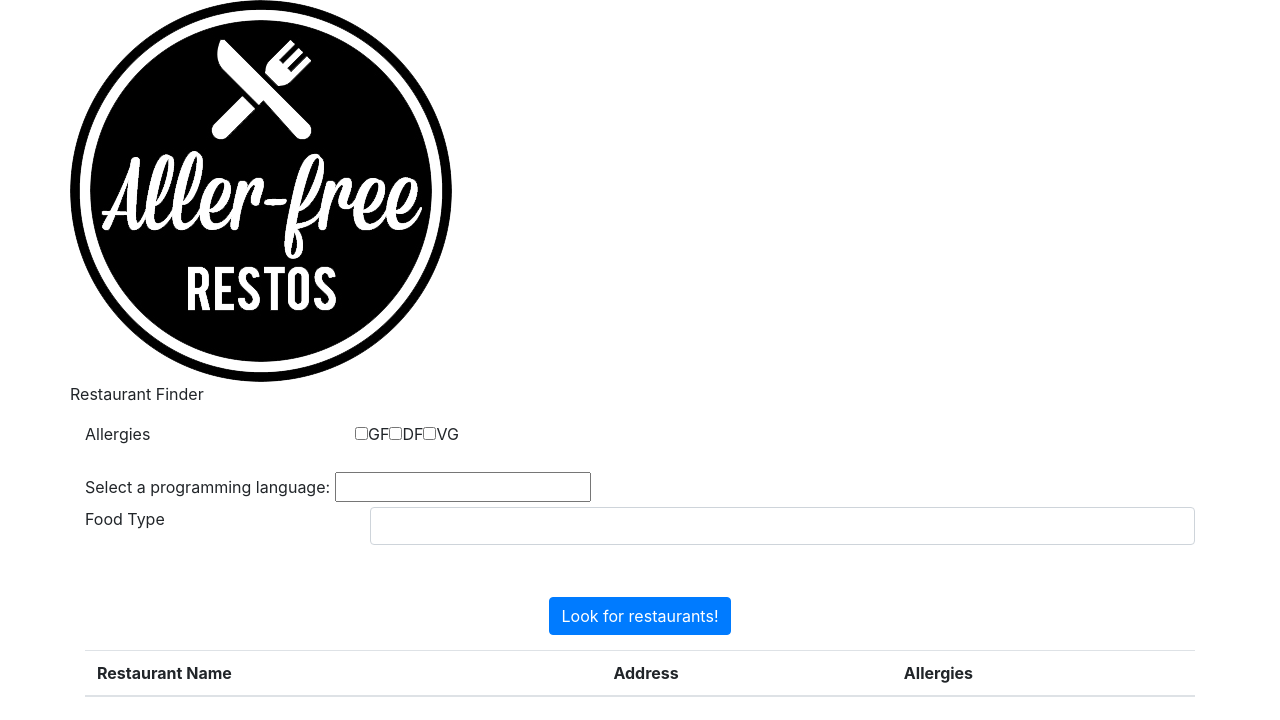
Repository: KobeRox/Loremips
Page: index.html
These files come from the project's save history. The page is drawn as it stood at one moment and after the next save; the edit follows.
The browser window is 1280 px wide. The pictures show the whole page.
Some web libraries are served in a nearby version.

Above is the page before, as saved 2019-09-08 16:25:51.
Console error: TypeError: Cannot read properties of undefined (reading 'fn')

### index.html
<html>

<head>
    <link rel="stylesheet" src="style.css">
    <link rel="stylesheet" href="https://stackpath.bootstrapcdn.com/bootstrap/4.3.1/css/bootstrap.min.css"
        integrity="sha384-ggOyR0iXCbMQv3Xipma34MD+dH/1fQ784/j6cY/iJTQUOhcWr7x9JvoRxT2MZw1T" crossorigin="anonymous">
    <script src="https://stackpath.bootstrapcdn.com/bootstrap/4.3.1/js/bootstrap.min.js"
        integrity="sha384-JjSmVgyd0p3pXB1rRibZUAYoIIy6OrQ6VrjIEaFf/nJGzIxFDsf4x0xIM+B07jRM"
        crossorigin="anonymous"></script>
    <script src="https://ajax.googleapis.com/ajax/libs/jquery/3.4.1/jquery.min.js"></script>
    <script src="https://code.jquery.com/ui/1.12.1/jquery-ui.min.js"></script>
    <script src="zomato_cuisines.js"></script>
    <script src="zomato_restaurants.js"></script>
    <script src="contractResponse.js"></script>
    <script src="convertDataToHtml.js"></script>
    <script type="text/javascript" charset="utf-8">

        $(document).ready(function () {
            $("#searchbar").autocomplete({
                minLength: 0,
                source: get_cuisineList(),
                focus: function (event, ui) {
                    $("#searchbar").val(ui.item.label);
                    return false;
                },
                select: function (event, ui) {
                    $("#searchbar").val(ui.item.label);
                    return false;
                }
            })

            $("#clicking").click(function () {
                var search = $('#searchbar').val();
                console.log(search)
                var c_list = get_cuisineList();
                console.log(c_list);
                var c_id = get_cuisineId(search);
                console.log(c_id);
                get_restaurants(c_id, function (data) {
                    console.log(data);
                    convertDataToHtml(data);
                });
            });
        });
    </script>
</head>

<body>
    <div class="container">
        <div class="panel-heading">
            <div class="row">
				<div class="col-xs-12">
					<img src="allerfreerestos_logo.png">
				</div>
            </div>
        </div>
        <div class="panel-body">

            <div class="row" style="text-align: center;">
                <p>Restaurant Finder</p>
            </div>
            <div class="row" style="margin-bottom: 10px;">
                <div class="col-xs-3 col-md-3">
                    <p>Allergies</p>
                </div>
                <div class=" col-xs-3 checkbox" style="margin-top: 0px !important">
                    <label>
                        <input type="checkbox" value="apple">GF
                    </label>
                </div>
                <div class=" col-xs-3 checkbox">
                    <label>
                        <input type="checkbox" value="pear">DF
                    </label>
                </div>
                <div class=" col-xs-3 checkbox">
                    <label>
                        <input type="checkbox" value="orange">VG
                    </label>
                </div>
                <!-- </div> -->
            </div>

            <label for="autocomplete">Select a programming language: </label>
                <input id="autocomplete">

                <script>
                $( "#autocomplete" ).autocomplete({
                source: [ "c++", "java", "php", "coldfusion", "javascript", "asp", "ruby" ]
                });
                </script>


            <div class="row" style="margin-bottom: 50px;">
                <div class="col-xs-3 col-md-3">
                    <p>Food Type</p>
                </div>




                <div class="col-xs-9 col-md-9">
                    <input type="text" class="form-control" id='searchbar'>
                </div>





            </div>
            <div class="row" style="text-align: center;">
                <div class="col-xs-12 col-md-12">
                    <button type="button" class="btn btn-primary" style="margin-bottom: 15px;" id="clicking">Look
                        for restaurants!</button>
                </div>
            </div>
        </div>

        <div class="row">
            <div class="col-xs-12 col-md-12">
                <table class="table">
                    <thead>
                        <tr>
                            <th scope="col">Restaurant Name</th>
                            <th scope="col">Address</th>
                            <th scope="col">Allergies</th>
                        </tr>
                    <tbody id="restoResults">

                    </tbody>
                    </thead>
                </table>
            </div>


        </div>
        <!-- <div class="panel-footer"></div> -->
    </div>
</body>

</html>

### zomato_cuisines.js
function get_cuisineId(name){

	for(var i=0; i<list_cuisine.length; i++){
		if (list_cuisine[i]["cuisine"]["cuisine_name"] == name)
			return list_cuisine[i]["cuisine"]["cuisine_id"];
	}
}

function get_cuisineList(){
	var cuisine_names= [];
	for(var i=0; i<6; i++){
		cuisine_names.push(list_cuisine[i]["cuisine"]["cuisine_name"]);
	}
	return cuisine_names;
}
var  list_cuisine = [
        {
            "cuisine": {
                "cuisine_id": 6,
                "cuisine_name": "Afghani"
            }
        },
        {
            "cuisine": {
                "cuisine_id": 152,
                "cuisine_name": "African"
            }
        },
        {
            "cuisine": {
                "cuisine_id": 1,
                "cuisine_name": "American"
            }
        },
        {
            "cuisine": {
                "cuisine_id": 4,
                "cuisine_name": "Arabian"
            }
        },
        {
            "cuisine": {
                "cuisine_id": 151,
                "cuisine_name": "Argentine"
            }
        },
        {
            "cuisine": {
                "cuisine_id": 3,
                "cuisine_name": "Asian"
            }
        },
        {
            "cuisine": {
                "cuisine_id": 401,
                "cuisine_name": "Asian Fusion"
            }
        },
        {
            "cuisine": {
                "cuisine_id": 193,
                "cuisine_name": "BBQ"
            }
        },
        {
            "cuisine": {
                "cuisine_id": 5,
                "cuisine_name": "Bakery"
            }
        },
        {
            "cuisine": {
                "cuisine_id": 227,
                "cuisine_name": "Bar Food"
            }
        },
        {
            "cuisine": {
                "cuisine_id": 132,
                "cuisine_name": "Belgian"
            }
        },
        {
            "cuisine": {
                "cuisine_id": 270,
                "cuisine_name": "Beverages"
            }
        },
        {
            "cuisine": {
                "cuisine_id": 159,
                "cuisine_name": "Brazilian"
            }
        },
        {
            "cuisine": {
                "cuisine_id": 133,
                "cuisine_name": "British"
            }
        },
        {
            "cuisine": {
                "cuisine_id": 247,
                "cuisine_name": "Bubble Tea"
            }
        },
        {
            "cuisine": {
                "cuisine_id": 168,
                "cuisine_name": "Burger"
            }
        },
        {
            "cuisine": {
                "cuisine_id": 1039,
                "cuisine_name": "Cafe Food"
            }
        },
        {
            "cuisine": {
                "cuisine_id": 111,
                "cuisine_name": "Cambodian"
            }
        },
        {
            "cuisine": {
                "cuisine_id": 121,
                "cuisine_name": "Cantonese"
            }
        },
        {
            "cuisine": {
                "cuisine_id": 994,
                "cuisine_name": "Charcoal Chicken"
            }
        },
        {
            "cuisine": {
                "cuisine_id": 25,
                "cuisine_name": "Chinese"
            }
        },
        {
            "cuisine": {
                "cuisine_id": 161,
                "cuisine_name": "Coffee and Tea"
            }
        },
        {
            "cuisine": {
                "cuisine_id": 287,
                "cuisine_name": "Colombian"
            }
        },
        {
            "cuisine": {
                "cuisine_id": 144,
                "cuisine_name": "Contemporary"
            }
        },
        {
            "cuisine": {
                "cuisine_id": 35,
                "cuisine_name": "Continental"
            }
        },
        {
            "cuisine": {
                "cuisine_id": 928,
                "cuisine_name": "Creole"
            }
        },
        {
            "cuisine": {
                "cuisine_id": 881,
                "cuisine_name": "Crepes"
            }
        },
        {
            "cuisine": {
                "cuisine_id": 192,
                "cuisine_name": "Deli"
            }
        },
        {
            "cuisine": {
                "cuisine_id": 100,
                "cuisine_name": "Desserts"
            }
        },
        {
            "cuisine": {
                "cuisine_id": 268,
                "cuisine_name": "Drinks Only"
            }
        },
        {
            "cuisine": {
                "cuisine_id": 985,
                "cuisine_name": "Dumplings"
            }
        },
        {
            "cuisine": {
                "cuisine_id": 38,
                "cuisine_name": "European"
            }
        },
        {
            "cuisine": {
                "cuisine_id": 571,
                "cuisine_name": "Falafel"
            }
        },
        {
            "cuisine": {
                "cuisine_id": 40,
                "cuisine_name": "Fast Food"
            }
        },
        {
            "cuisine": {
                "cuisine_id": 1006,
                "cuisine_name": "Fijian"
            }
        },
        {
            "cuisine": {
                "cuisine_id": 112,
                "cuisine_name": "Filipino"
            }
        },
        {
            "cuisine": {
                "cuisine_id": 271,
                "cuisine_name": "Finger Food"
            }
        },
        {
            "cuisine": {
                "cuisine_id": 298,
                "cuisine_name": "Fish and Chips"
            }
        },
        {
            "cuisine": {
                "cuisine_id": 45,
                "cuisine_name": "French"
            }
        },
        {
            "cuisine": {
                "cuisine_id": 1025,
                "cuisine_name": "Fried Chicken"
            }
        },
        {
            "cuisine": {
                "cuisine_id": 501,
                "cuisine_name": "Frozen Yogurt"
            }
        },
        {
            "cuisine": {
                "cuisine_id": 274,
                "cuisine_name": "Fusion"
            }
        },
        {
            "cuisine": {
                "cuisine_id": 134,
                "cuisine_name": "German"
            }
        },
        {
            "cuisine": {
                "cuisine_id": 156,
                "cuisine_name": "Greek"
            }
        },
        {
            "cuisine": {
                "cuisine_id": 181,
                "cuisine_name": "Grill"
            }
        },
        {
            "cuisine": {
                "cuisine_id": 521,
                "cuisine_name": "Hawaiian"
            }
        },
        {
            "cuisine": {
                "cuisine_id": 143,
                "cuisine_name": "Healthy Food"
            }
        },
        {
            "cuisine": {
                "cuisine_id": 1022,
                "cuisine_name": "Hot Pot"
            }
        },
        {
            "cuisine": {
                "cuisine_id": 228,
                "cuisine_name": "Hungarian"
            }
        },
        {
            "cuisine": {
                "cuisine_id": 233,
                "cuisine_name": "Ice Cream"
            }
        },
        {
            "cuisine": {
                "cuisine_id": 148,
                "cuisine_name": "Indian"
            }
        },
        {
            "cuisine": {
                "cuisine_id": 114,
                "cuisine_name": "Indonesian"
            }
        },
        {
            "cuisine": {
                "cuisine_id": 154,
                "cuisine_name": "International"
            }
        },
        {
            "cuisine": {
                "cuisine_id": 140,
                "cuisine_name": "Iranian"
            }
        },
        {
            "cuisine": {
                "cuisine_id": 135,
                "cuisine_name": "Irish"
            }
        },
        {
            "cuisine": {
                "cuisine_id": 55,
                "cuisine_name": "Italian"
            }
        },
        {
            "cuisine": {
                "cuisine_id": 60,
                "cuisine_name": "Japanese"
            }
        },
        {
            "cuisine": {
                "cuisine_id": 265,
                "cuisine_name": "Jewish"
            }
        },
        {
            "cuisine": {
                "cuisine_id": 1042,
                "cuisine_name": "Jiangnan"
            }
        },
        {
            "cuisine": {
                "cuisine_id": 164,
                "cuisine_name": "Juices"
            }
        },
        {
            "cuisine": {
                "cuisine_id": 178,
                "cuisine_name": "Kebab"
            }
        },
        {
            "cuisine": {
                "cuisine_id": 167,
                "cuisine_name": "Kiwi"
            }
        },
        {
            "cuisine": {
                "cuisine_id": 67,
                "cuisine_name": "Korean"
            }
        },
        {
            "cuisine": {
                "cuisine_id": 1021,
                "cuisine_name": "Korean BBQ"
            }
        },
        {
            "cuisine": {
                "cuisine_id": 136,
                "cuisine_name": "Latin American"
            }
        },
        {
            "cuisine": {
                "cuisine_id": 66,
                "cuisine_name": "Lebanese"
            }
        },
        {
            "cuisine": {
                "cuisine_id": 69,
                "cuisine_name": "Malaysian"
            }
        },
        {
            "cuisine": {
                "cuisine_id": 977,
                "cuisine_name": "Meat Pie"
            }
        },
        {
            "cuisine": {
                "cuisine_id": 70,
                "cuisine_name": "Mediterranean"
            }
        },
        {
            "cuisine": {
                "cuisine_id": 73,
                "cuisine_name": "Mexican"
            }
        },
        {
            "cuisine": {
                "cuisine_id": 137,
                "cuisine_name": "Middle Eastern"
            }
        },
        {
            "cuisine": {
                "cuisine_id": 294,
                "cuisine_name": "Modern European"
            }
        },
        {
            "cuisine": {
                "cuisine_id": 1055,
                "cuisine_name": "Modern New Zealand"
            }
        },
        {
            "cuisine": {
                "cuisine_id": 74,
                "cuisine_name": "Mongolian"
            }
        },
        {
            "cuisine": {
                "cuisine_id": 147,
                "cuisine_name": "Moroccan"
            }
        },
        {
            "cuisine": {
                "cuisine_id": 117,
                "cuisine_name": "Nepalese"
            }
        },
        {
            "cuisine": {
                "cuisine_id": 50,
                "cuisine_name": "North Indian"
            }
        },
        {
            "cuisine": {
                "cuisine_id": 321,
                "cuisine_name": "Pacific"
            }
        },
        {
            "cuisine": {
                "cuisine_id": 139,
                "cuisine_name": "Pakistani"
            }
        },
        {
            "cuisine": {
                "cuisine_id": 209,
                "cuisine_name": "Pan Asian"
            }
        },
        {
            "cuisine": {
                "cuisine_id": 162,
                "cuisine_name": "Peruvian"
            }
        },
        {
            "cuisine": {
                "cuisine_id": 1020,
                "cuisine_name": "Pho"
            }
        },
        {
            "cuisine": {
                "cuisine_id": 82,
                "cuisine_name": "Pizza"
            }
        },
        {
            "cuisine": {
                "cuisine_id": 1019,
                "cuisine_name": "Poké"
            }
        },
        {
            "cuisine": {
                "cuisine_id": 87,
                "cuisine_name": "Portuguese"
            }
        },
        {
            "cuisine": {
                "cuisine_id": 983,
                "cuisine_name": "Pub Food"
            }
        },
        {
            "cuisine": {
                "cuisine_id": 320,
                "cuisine_name": "Ramen"
            }
        },
        {
            "cuisine": {
                "cuisine_id": 1033,
                "cuisine_name": "Roast"
            }
        },
        {
            "cuisine": {
                "cuisine_id": 84,
                "cuisine_name": "Russian"
            }
        },
        {
            "cuisine": {
                "cuisine_id": 998,
                "cuisine_name": "Salad"
            }
        },
        {
            "cuisine": {
                "cuisine_id": 304,
                "cuisine_name": "Sandwich"
            }
        },
        {
            "cuisine": {
                "cuisine_id": 83,
                "cuisine_name": "Seafood"
            }
        },
        {
            "cuisine": {
                "cuisine_id": 831,
                "cuisine_name": "Shanghai"
            }
        },
        {
            "cuisine": {
                "cuisine_id": 128,
                "cuisine_name": "Sichuan"
            }
        },
        {
            "cuisine": {
                "cuisine_id": 119,
                "cuisine_name": "Singaporean"
            }
        },
        {
            "cuisine": {
                "cuisine_id": 85,
                "cuisine_name": "South Indian"
            }
        },
        {
            "cuisine": {
                "cuisine_id": 89,
                "cuisine_name": "Spanish"
            }
        },
        {
            "cuisine": {
                "cuisine_id": 86,
                "cuisine_name": "Sri Lankan"
            }
        },
        {
            "cuisine": {
                "cuisine_id": 141,
                "cuisine_name": "Steak"
            }
        },
        {
            "cuisine": {
                "cuisine_id": 90,
                "cuisine_name": "Street Food"
            }
        },
        {
            "cuisine": {
                "cuisine_id": 177,
                "cuisine_name": "Sushi"
            }
        },
        {
            "cuisine": {
                "cuisine_id": 190,
                "cuisine_name": "Taiwanese"
            }
        },
        {
            "cuisine": {
                "cuisine_id": 179,
                "cuisine_name": "Tapas"
            }
        },
        {
            "cuisine": {
                "cuisine_id": 163,
                "cuisine_name": "Tea"
            }
        },
        {
            "cuisine": {
                "cuisine_id": 981,
                "cuisine_name": "Teppanyaki"
            }
        },
        {
            "cuisine": {
                "cuisine_id": 150,
                "cuisine_name": "Tex-Mex"
            }
        },
        {
            "cuisine": {
                "cuisine_id": 95,
                "cuisine_name": "Thai"
            }
        },
        {
            "cuisine": {
                "cuisine_id": 142,
                "cuisine_name": "Turkish"
            }
        },
        {
            "cuisine": {
                "cuisine_id": 1038,
                "cuisine_name": "Uyghur"
            }
        },
        {
            "cuisine": {
                "cuisine_id": 1034,
                "cuisine_name": "Vegan"
            }
        },
        {
            "cuisine": {
                "cuisine_id": 308,
                "cuisine_name": "Vegetarian"
            }
        },
        {
            "cuisine": {
                "cuisine_id": 641,
                "cuisine_name": "Venezuelan"
            }
        },
        {
            "cuisine": {
                "cuisine_id": 99,
                "cuisine_name": "Vietnamese"
            }
        },
        {
            "cuisine": {
                "cuisine_id": 978,
                "cuisine_name": "Yum Cha"
            }
        }
    ]

### zomato_restaurants.js
function get_restaurants(cuisine_id, callback) {
  $.ajax({
    url:
      "https://developers.zomato.com/api/v2.1/search?city_id=70&cuisines=" +
      cuisine_id,
    type: "GET",
    //d323749b276f5be54a2e776c45a7ad1a
    //b17db59020e7fbe543111e1e6c2e5ecb
    beforeSend: function(xhr) {
      xhr.setRequestHeader("user-key", "d323749b276f5be54a2e776c45a7ad1a");
    },
    success: function(data) {
      callback(convertContract(data));
    }
  });
}

### contractResponse.js
function convertContract(input) {
  var results = [];

  for (var x = 0; x < input.results_shown; x++) {
    results.push({
      restaurantName: input.restaurants[x].restaurant.name,
      address: input.restaurants[x].restaurant.location.address,
      allergies: input.restaurants[x].restaurant.cuisines.split(",")
    });
  }
  return results;
}

### convertDataToHtml.js

function convertDataToHtml(data){
    var html;
    var test2 = document.getElementById('restoResults');
    test2.innerHTML = " ";
    for(var test in data){
        let dataRow = data[test]
        var row = document.createElement('tr');
        for (var property in dataRow) {
            var th = document.createElement('td');
            th.scope = "col";
            th.innerText = dataRow[property];
            row.appendChild(th);
        }
        test2.appendChild(row);
    }
    return html;
}

After the next save:
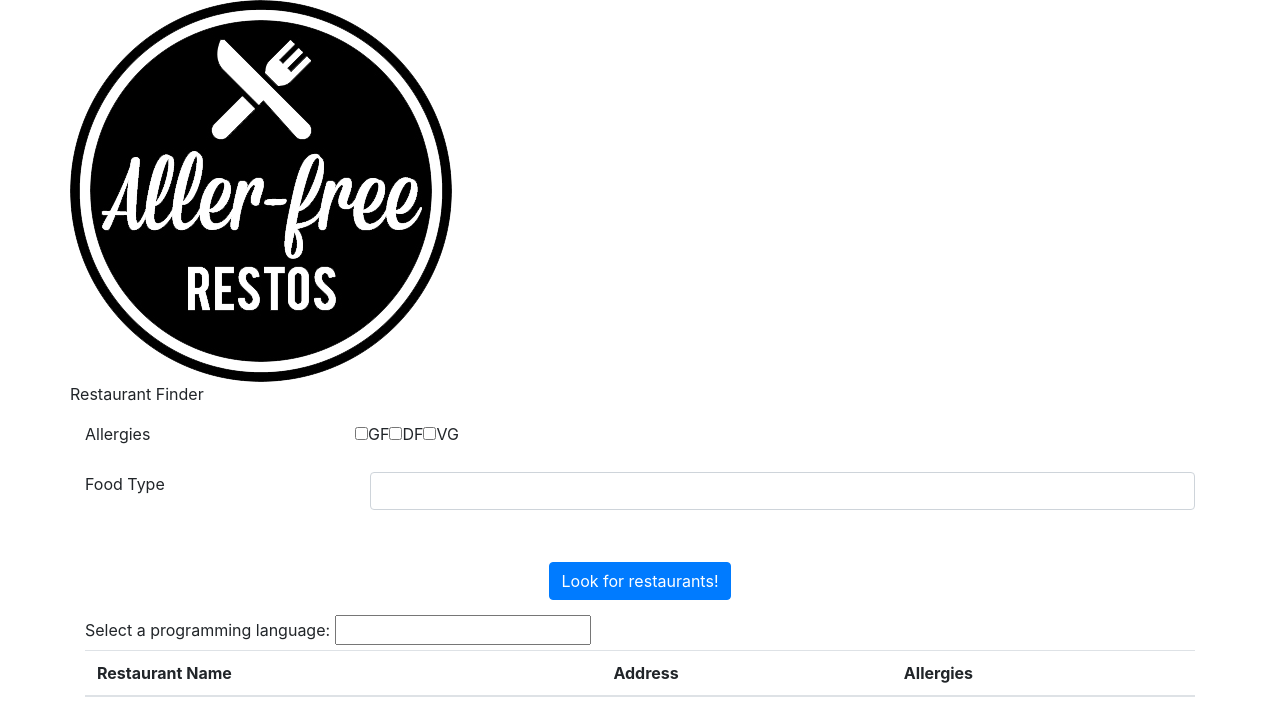
Saved 12 s later.
--- a/index.html
+++ b/index.html
@@ -81,15 +81,6 @@
                 <!-- </div> -->
             </div>
 
-            <label for="autocomplete">Select a programming language: </label>
-                <input id="autocomplete">
-
-                <script>
-                $( "#autocomplete" ).autocomplete({
-                source: [ "c++", "java", "php", "coldfusion", "javascript", "asp", "ruby" ]
-                });
-                </script>
-
 
             <div class="row" style="margin-bottom: 50px;">
                 <div class="col-xs-3 col-md-3">
@@ -115,7 +106,14 @@
                 </div>
             </div>
         </div>
+<label for="autocomplete">Select a programming language: </label>
+                <input id="autocomplete">
 
+                <script>
+                $( "#autocomplete" ).autocomplete({
+                source: [ "c++", "java", "php", "coldfusion", "javascript", "asp", "ruby" ]
+                });
+                </script>
         <div class="row">
             <div class="col-xs-12 col-md-12">
                 <table class="table">
